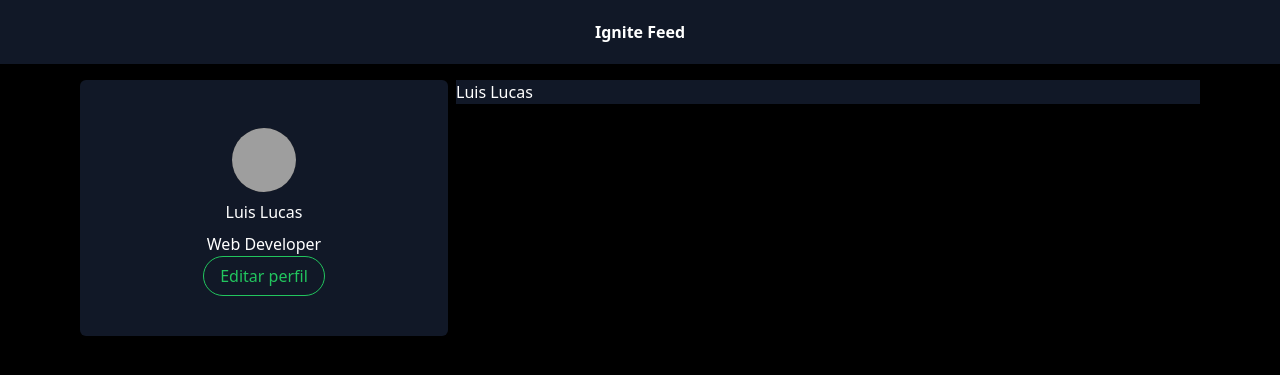
Repository: LuisSempre/ignite-feed
Page: /
An editor plug-in stored every save of this project. The page is shown before and after the next save, followed by the edit.
The browser window is 1280 px wide. The pictures show the whole page.
Pictures or frames that could not be fetched are drawn as grey boxes. The project was rebuilt for these pictures with package versions that can differ from the ones it lists, and the page was loaded fresh each time. Also part of the build but not shown: vite.config.js.

Above is the page before, as saved 2022-07-13 21:41:30.

After the next save:
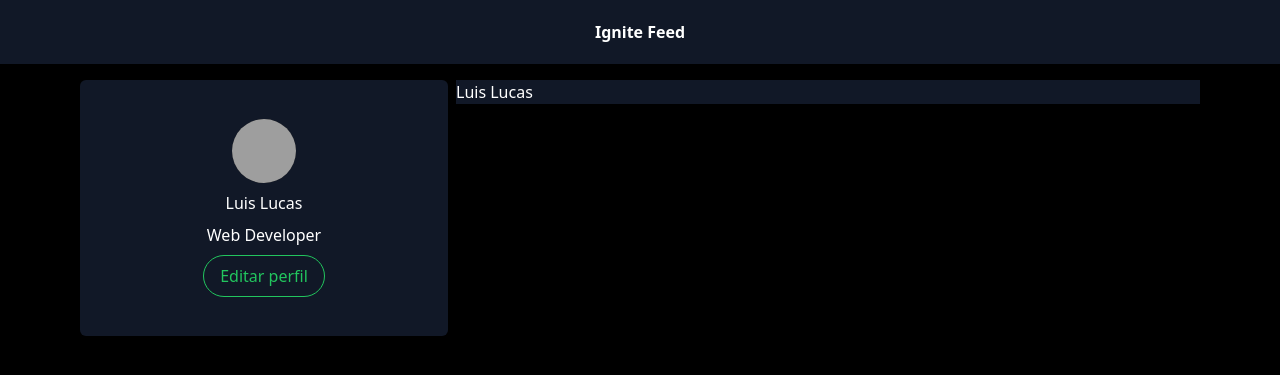
Saved 18 s later.
--- a/src/Components/Sidebar.jsx
+++ b/src/Components/Sidebar.jsx
@@ -8,11 +8,9 @@ export function Sidebar() {
       />
       <h1>Luis Lucas</h1>
       <span>Web Developer</span>
-      <span className="border-separate border-gray-100">
         <a href="" className="border border-green-500 px-4 py-2 rounded-full text-green-500">
             Editar perfil
         </a>
-      </span>
     </div>
   );
 }

After the 2 saves that followed:
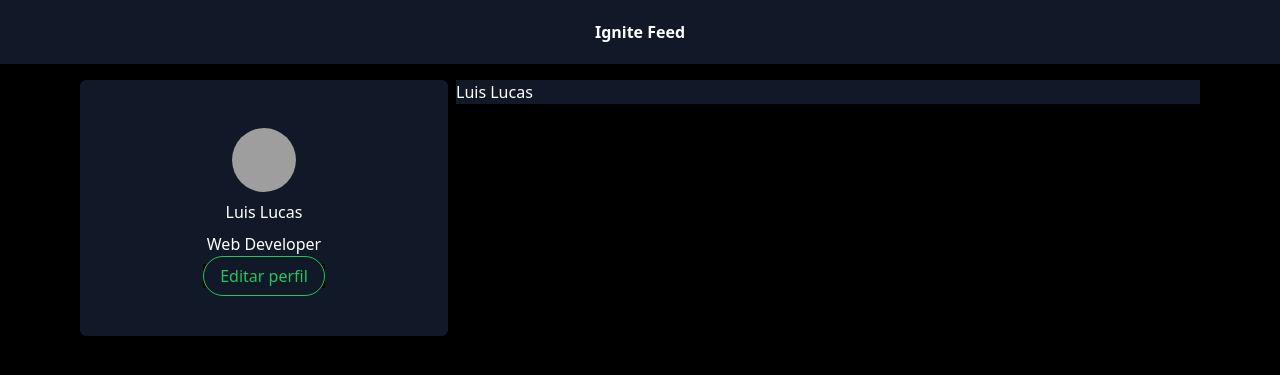
The 2 saves are shown as one change because they came seconds apart.
The last was saved 60 s later.
--- a/src/Components/Sidebar.jsx
+++ b/src/Components/Sidebar.jsx
@@ -8,9 +8,11 @@ export function Sidebar() {
       />
       <h1>Luis Lucas</h1>
       <span>Web Developer</span>
+      <div>
         <a href="" className="border border-green-500 px-4 py-2 rounded-full text-green-500">
             Editar perfil
         </a>
+      </div>
     </div>
   );
 }
